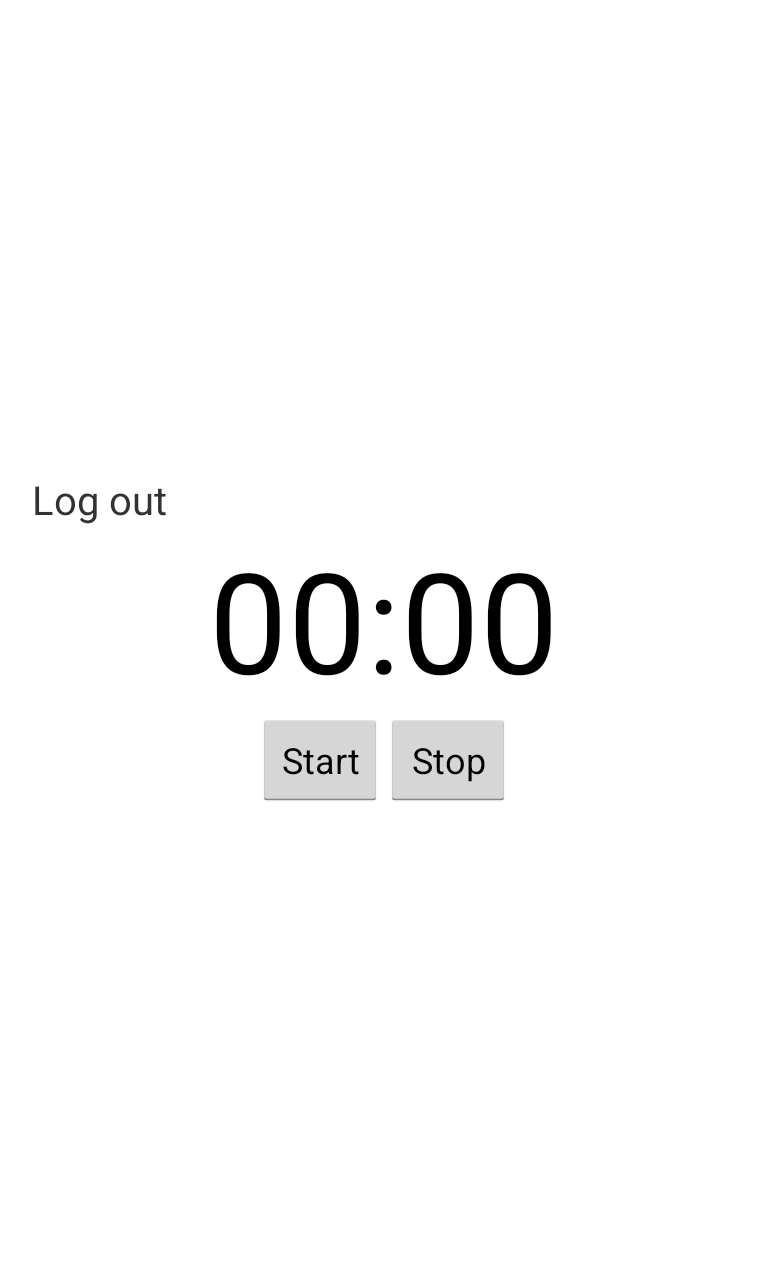
Repository: albertowusuasare/CustomStopWatch
Layout: CustomStopWatch/res/layout/activity_timer.xml
An editor plug-in stored every save of this project. The layout is shown before and after the next save, followed by the edit.
It is drawn on a 768 x 1280 px phone screen (xhdpi) without system bars, with theme AppTheme; the app's code is not run.

Above is the layout before, as saved 2014-09-25 04:49:04.

After the next save:
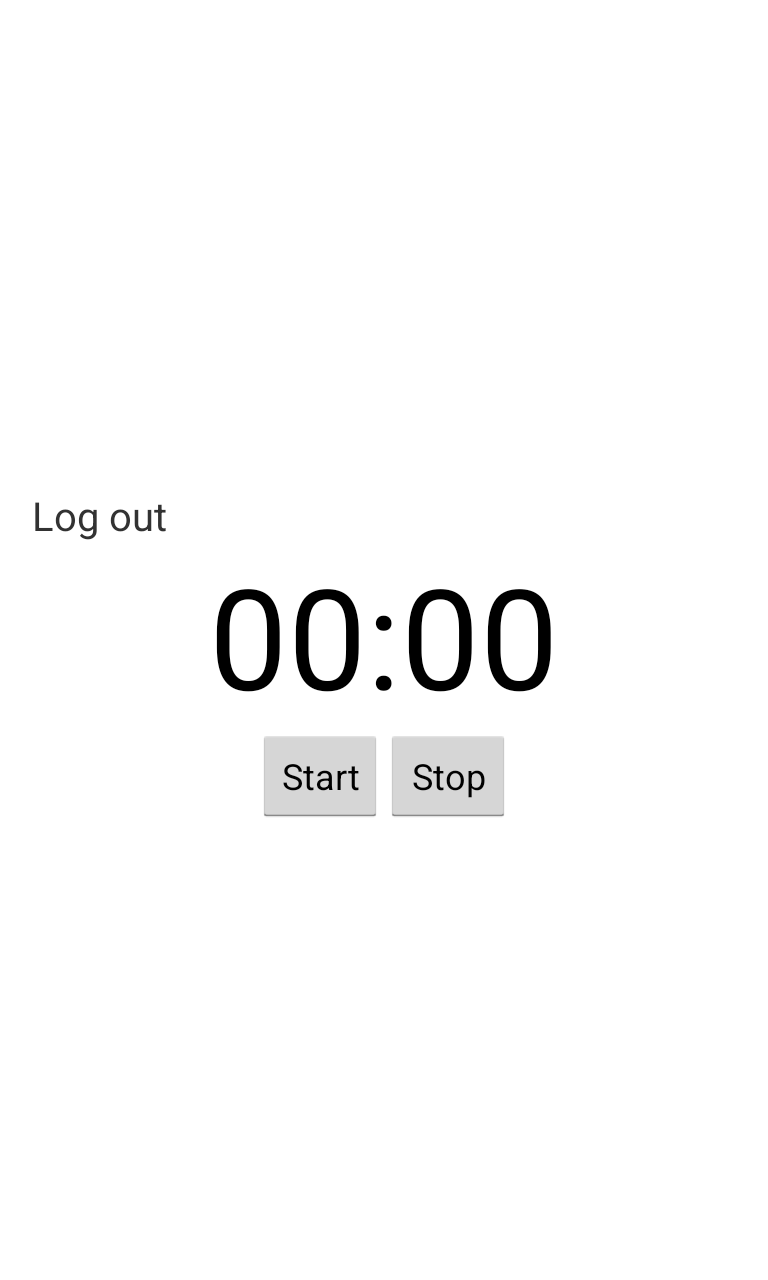
Saved 26 s later.
--- a/CustomStopWatch/res/layout/activity_timer.xml
+++ b/CustomStopWatch/res/layout/activity_timer.xml
@@ -14,6 +14,7 @@
         android:layout_width="match_parent"
         android:layout_height="wrap_content"
         android:gravity="top"
+         android:paddingTop="@dimen/activity_vertical_margin"
         >
         <TextView
             android:text="@string/Logout"
